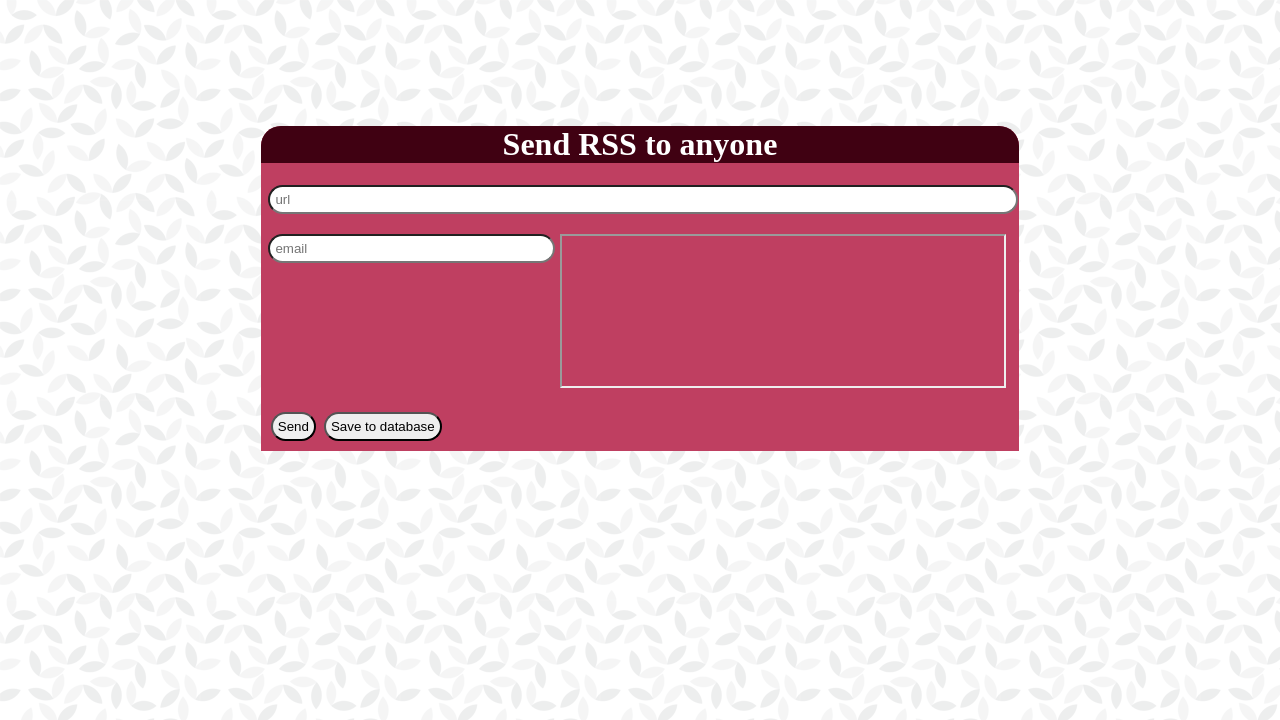
Repository: michalski9wsb/rss_final
Page: index.html
These files come from the project's save history. The page is drawn as it stood at one moment and after the next save; the edit follows.
The browser window is 1280 px wide. The pictures show the whole page.
Some web fonts or font styles are not loaded; a fallback is used.

Above is the page before, as saved 2020-02-23 13:14:28.

### index.html
<!DOCTYPE html>
<html lang="pl">
    <head>
        <meta charset="utf-8" />
        <title>Send RSS</title>
        <meta name="deskription" content="Apk for RSS" />
        <meta name="keywords" content="RSS,aplication, send" />
        <meta http-equiv="X-UA-Compatioble" content="IE=edge,chrome=1" />
        <link href="style.css" rel="stylesheet" type="text/css" />
        <link href="https://fonts.googleapis.com/css?family=Trade+Winds&display=swap" rel="stylesheet">
    </head>
    <body>
        <form method="get" action="send.php">
            <h1>Send RSS to anyone</h1>
            <div class="url-flex row">
                <input id="url"  name="url" type="url" placeholder="url"/>
            </div>
            <div class="email-flex row">
                <div id="helper"><input id="email"  name="email" type="email" placeholder="email" /></div>
                <div id="debug">
                    <iframe id="debugi" name="debug">

                    </iframe>
                </div>
             </div>
             <div style="clear:both;"></div>
            <div class="row">
                <!--<div class="buttonCentre">-->
                    <input id="send" type="submit" value="Send"/>
                    <button id="save" name="save">Save to database</button>
                <!--</div>-->
            </div>
        </form>
    </body>
</html>

### style.css
body{
    background-image: url(geometric-leaves/geometric-leaves.png);
    font-family: 'Trade Winds' ;
}
h1{
    display: block;
    border-radius: 20px 20px 0px 0px;
    background-color: #400112;
    color: white;
    margin-left: auto;
    margin-right: auto;
    text-align: center;
    position: relative;
}
form{
    border-radius: 20px 20px 0 0;
    margin-left: 20%;
    margin-top: 10%;
    width: 60%;
    background-color: #BF3F61;
}
input{
    border-radius: 20px;
    padding: 5px;
}
input[type=submit]{
    margin-left: 10px;
}
button{
    border-radius: 20px;
    margin-left: 4px;
    padding: 5px;
    margin-bottom: 10px;
}
#debug{
    margin-left: 5px;
    float: left;
    width: 60%;
}
#debugi{
    width: 97%;
}
input#email{
    float: left;
    width: 36%;
    margin-left: 1%;
}
input#url{
    /*margin-top: 2%;*/
    margin-left: 1%;
    width: 97%;
}
.row{
    width: 100%;
    margin-top: 20px;
}

After the next save:
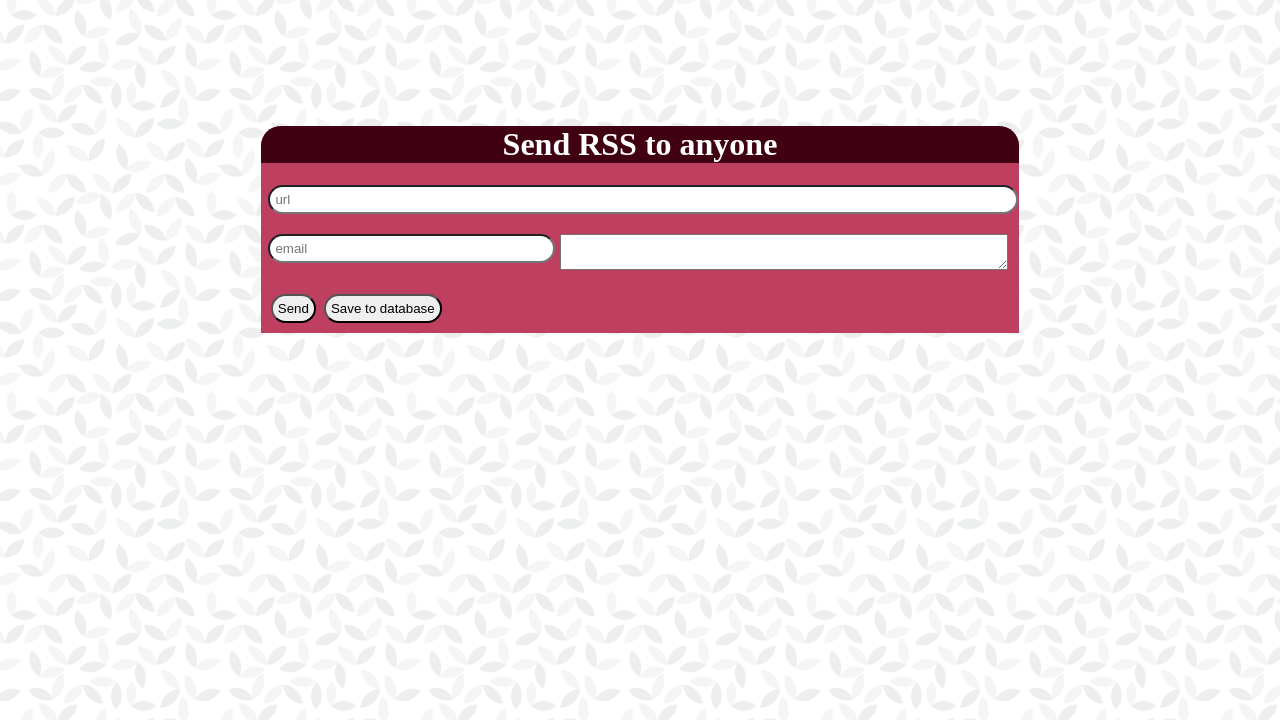
Saved 13 days later.
--- a/index.html
+++ b/index.html
@@ -18,9 +18,9 @@
             <div class="email-flex row">
                 <div id="helper"><input id="email"  name="email" type="email" placeholder="email" /></div>
                 <div id="debug">
-                    <iframe id="debugi" name="debug">
+                    <textarea id="debugi" name="debug">
 
-                    </iframe>
+                    </textarea>
                 </div>
              </div>
              <div style="clear:both;"></div>
